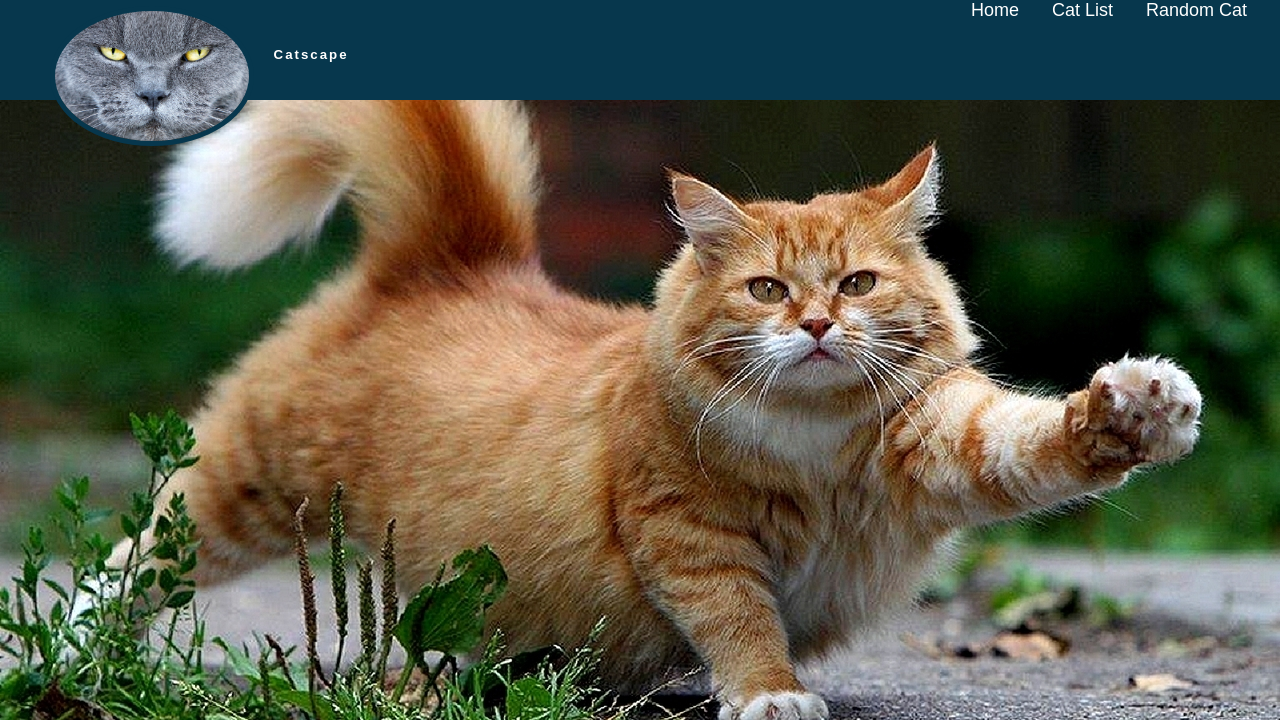
Repository: Jeith/node-exercises
Page: http://localhost/
An editor plug-in stored every save of this project. The page is shown before and after the next save, followed by the edit.
The browser window is 1280 px wide. The pictures show the whole page.
The page is served by the project's Node server (app.js).

Above is the page before, as saved 2018-08-15 19:59:01.

After the next save:
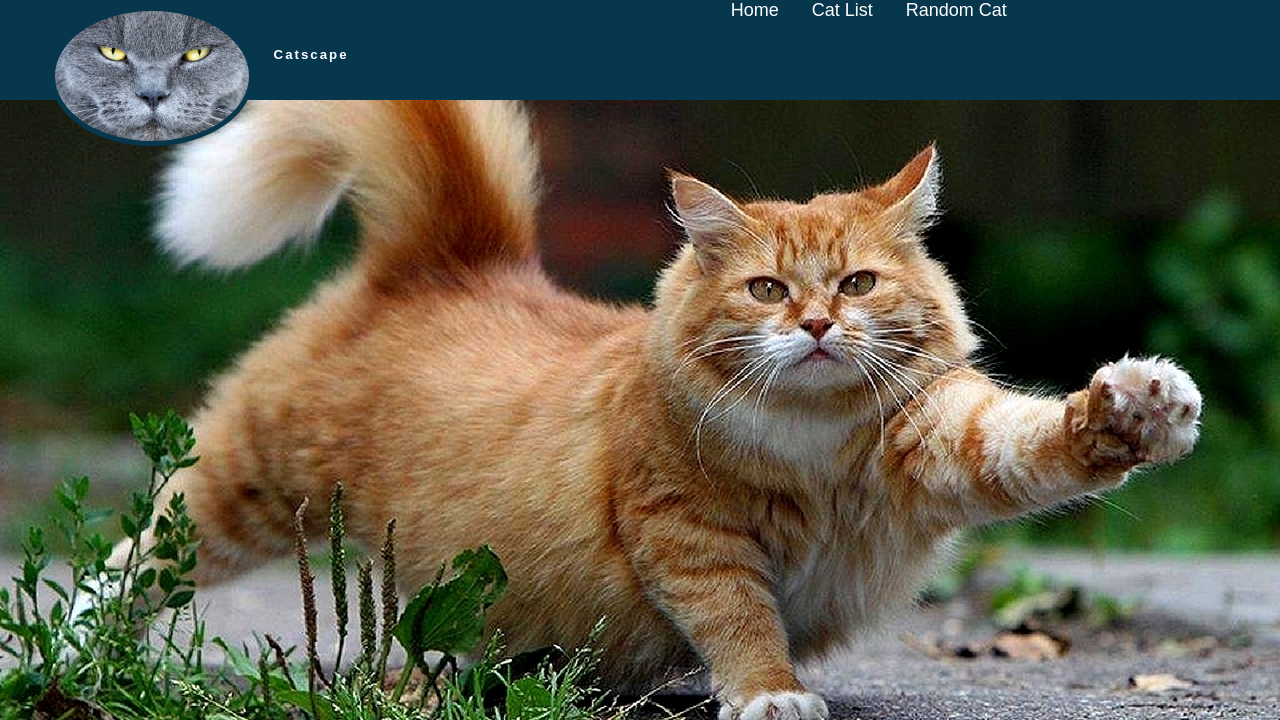
Saved 2 min 30 s later.
--- a/node_project/views/partials/header.ejs
+++ b/node_project/views/partials/header.ejs
@@ -8,6 +8,6 @@
     <div style="display: flex; flex-direction: row; justify-content: flex-end;">
         <a href="http://localhost:8000/">Home</a>
         <a href="http://localhost:8000/catlist">Cat List</a>
-        <a href="#">Random Cat</a>
+        <a href=<% "http://localhost:8000/cats/" + rand %></a>Random Cat
     </div>
 </header>
